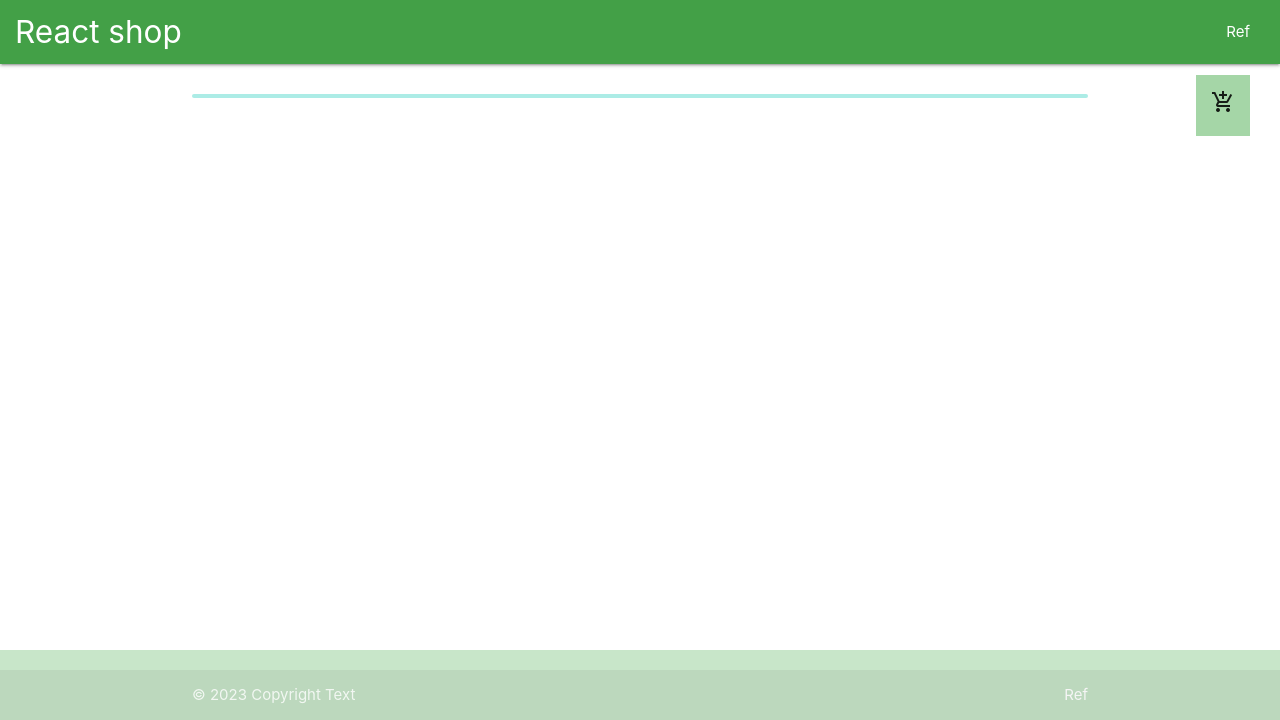
Repository: qui-qui-qui/online-shop
Page: /
The author's editor kept a copy of each file at every save. The page is drawn from the files as they stood at one save, then again after the next save.
The browser window is 1280 px wide. The pictures show the whole page.
The page's requests for data from a server got no answer. The project was rebuilt for these pictures with package versions that can differ from the ones it lists, and the page was loaded fresh each time. No one was signed in, and anything a server would have sent is missing. Also part of the build but not shown: src/components/GoodsItem.jsx, src/components/GoodsList.jsx, src/components/BasketItem.jsx, src/components/BasketList.jsx.

Above is the page before, as saved 2023-01-07 18:23:17.

### public/index.html
<!DOCTYPE html>
<html lang="en">
  <head>
    <meta charset="utf-8" />
    <link rel="icon" href="%PUBLIC_URL%/favicon.ico" />
    <meta name="viewport" content="width=device-width, initial-scale=1" />
    <meta name="theme-color" content="#000000" />
    <meta
      name="pet-project"
      content="react shop"
    />
    <link rel="apple-touch-icon" href="%PUBLIC_URL%/logo192.png" />
    <link rel="manifest" href="%PUBLIC_URL%/manifest.json" />
    <title>React Shop</title>
    <link rel="stylesheet" href="https://cdnjs.cloudflare.com/ajax/libs/materialize/1.0.0/css/materialize.min.css">
    <link href="https://fonts.googleapis.com/icon?family=Material+Icons" rel="stylesheet">
  </head>
  <body>
    <noscript>You need to enable JavaScript to run this app.</noscript>
    <div id="root"></div>
  </body>
</html>

### src/index.css
body {
  margin: 0;
  font-family: -apple-system, BlinkMacSystemFont, 'Segoe UI', 'Roboto', 'Oxygen',
    'Ubuntu', 'Cantarell', 'Fira Sans', 'Droid Sans', 'Helvetica Neue',
    sans-serif;
  -webkit-font-smoothing: antialiased;
  -moz-osx-font-smoothing: grayscale;
}


nav {
  padding: 0 1rem;
}

.content {
  min-height: calc(100vh - 70px - 64px);
  padding: 1.5rem 0;
}

.goods {
  display: grid;
  grid-template-columns: repeat(auto-fill, minmax(250px, 1fr));
  gap: 1rem
}

.card {
  display: flex;
  flex-direction: column;
}

.card-content {
  flex-grow: 1;
}

.cart {
  position: fixed;
  bottom: 2rem;
  right: 2rem;

  cursor: pointer;
  z-index: 5;
  padding: 1rem;
}
@media (min-width: 767px) {
  .cart {
    top: 5rem;
    bottom: unset;
  }
}

.basket-list {
  position: fixed;
  top: 50%;
  left: 50%;
  transform: translate(-50%, -50%);

  background-color: #fff;
  width: 50rem;
  max-width: 95%;

  box-shadow: inset;
  animation: show 500ms ease-in-out;
}

.basket-close {
  cursor: pointer;
  position: absolute;
  top: 0.5rem;
  right: 0.5rem;
  color: white;
}

.basket-delete {
  cursor: pointer;
}

@keyframes show {
  from {
    top: 70%;
    opacity: 0;
  }
  to {
    top: 50%;
    opacity: 1;
  }
}

### src/App.js
import { Header } from "./components/Header";
import { Footer } from "./components/Footer";
import { Shop } from "./components/Shop";

function App() {
  return (
    <>
      <Header />
      <Shop />
      <Footer />
    </>
  );
}

export default App;

### src/components/Header.jsx
function Header() {
    return <nav className="green darken-1">
      <div className="nav-wrapper">
        <a href="!#" className="brand-logo left">React shop</a>
        <ul id="nav-mobile" className="right">
          <li><a href="!#">Ref</a></li>
        </ul>
      </div>
  </nav>
}

export {Header}

### src/components/Footer.jsx
function Footer() {
    return <footer className="page-footer green lighten-4">
    <div className="footer-copyright">
      <div className="container">
      © {new Date().getFullYear()} Copyright Text
      <a className="grey-text text-lighten-4 right" href="#!">Ref</a>
      </div>
    </div>
  </footer>
}

export {Footer}

### src/components/Shop.jsx
import { useState, useEffect } from "react";
import { API_KEY, API_URL } from "../config";
import { Preloader } from "./Preloader";
import { GoodsList } from "./GoodsList";
import { Cart } from "./Cart";
import { BasketList } from "./BasketList";

function Shop() {
  const [goods, setGoods] = useState([]);
  const [loading, setLoading] = useState(true);
  const [order, setOrder] = useState([]);
  const [isBasketShow, setBasketShow] = useState(false);

  const addToBasket = (item) => {
    const itemIndex = order.findIndex((orderItem) => orderItem.id === item.id);

    if (itemIndex < 0) {
      const newItem = {
        ...item,
        quantity: 1,
      };
      setOrder([...order, newItem]);
    } else {
      const newOrder = order.map((orderItem, index) => {
        if (index === itemIndex) {
          return {
            ...orderItem,
            quantity: orderItem.quantity + 1,
          };
        } else {
          return orderItem;
        }
      });

      setOrder(newOrder);
    }
  };

  const removeFromBasket = (itemId) => {
    const newOrder = order.filter((el) => el.id !== itemId);
    setOrder(newOrder);
  };

  const incQuantity = (itemId) => {
    const newOrder = order.map((el) => {
      if (el.id === itemId) {
        const newQuantity = el.quantity + 1;
        return {
          ...el,
          quantity: newQuantity,
        };
      } else {
        return el;
      }
    });
    setOrder(newOrder);
  };

  const decQuantity = (itemId) => {
    const newOrder = order.map((el) => {
      if (el.id === itemId) {
        const newQuantity = el.quantity - 1;
        return {
          ...el,
          quantity: newQuantity >= 0 ? newQuantity : 0,
        };
      } else {
        return el;
      }
    });
    setOrder(newOrder);
  };

  const handleBasketShow = () => {
    setBasketShow(!isBasketShow);
  };

  useEffect(function getGoods() {
    fetch(API_URL, {
      headers: {
        Authorization: API_KEY,
      },
    })
      .then((response) => response.json())
      .then((data) => {
        data.featured && setGoods(data.featured);
        setLoading(false);
      });
  }, []);

  return (
    <main className="container content">
      <Cart quantity={order.length} handleBasketShow={handleBasketShow} />
      {loading ? (
        <Preloader />
      ) : (
        <GoodsList goods={goods} addToBasket={addToBasket} />
      )}
      {isBasketShow && (
        <BasketList
          order={order}
          handleBasketShow={handleBasketShow}
          removeFromBasket={removeFromBasket}
          incQuantity={incQuantity}
          decQuantity={decQuantity}
        />
      )}
    </main>
  );
}

export { Shop };

### src/config.js
const API_KEY = '6c6ecc31-c6e59085-63220236-a525db2c';

const API_URL = 'https://fortniteapi.io/v1/shop?lang=ru';

export {
    API_KEY,
    API_URL
};

### src/components/Preloader.jsx
function Preloader() {
  return (
    <div className="progress">
      <div className="interminate"></div>
    </div>
  );
}

export { Preloader };

### src/components/Cart.jsx
function Cart(props) {
    const {quantity = 0, handleBasketShow = Function.prototype} = props;

    return (
        <div className="cart green lighten-3" onClick={handleBasketShow}>
            <i className="material-icons">add_shopping_cart</i>
            {quantity ? (
                <span className="cart-quantity">{quantity}</span>
            ) : null}
        </div>
    )
}

export {Cart};

Loaded but not shown: src/index.js (common file)

After the next save:
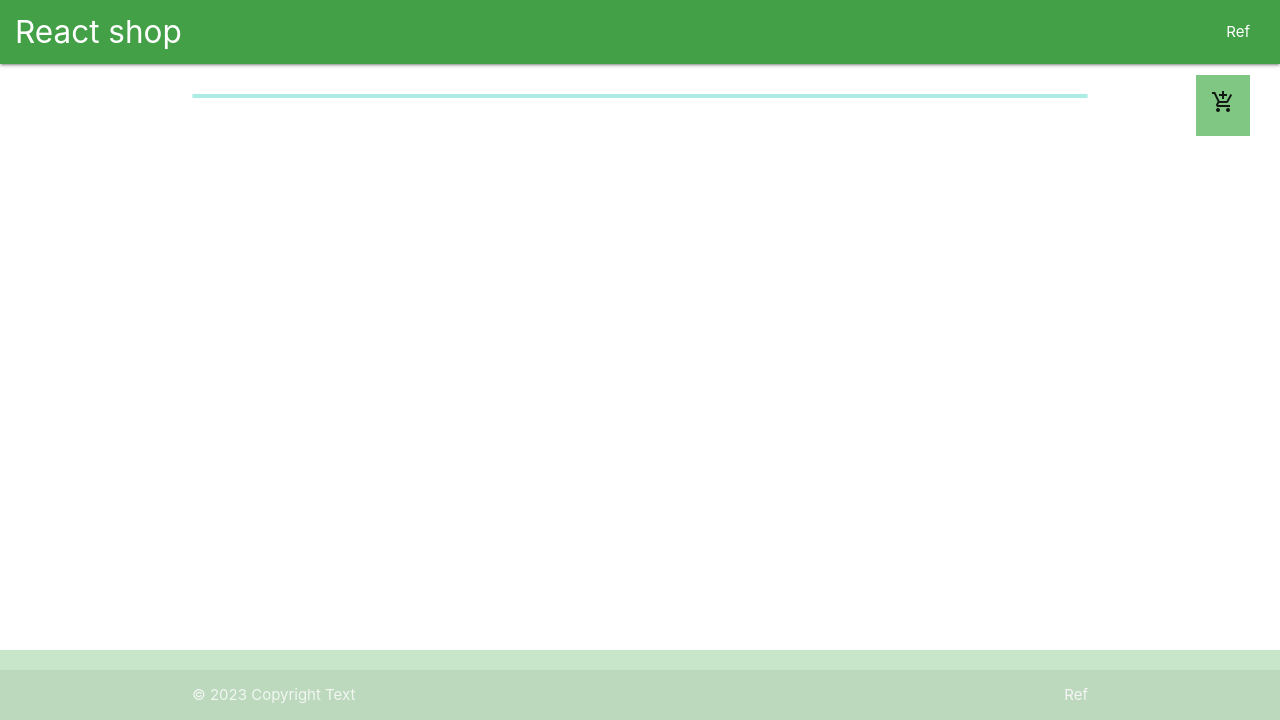
Saved 6 s later.
--- a/src/components/Cart.jsx
+++ b/src/components/Cart.jsx
@@ -2,7 +2,7 @@ function Cart(props) {
     const {quantity = 0, handleBasketShow = Function.prototype} = props;
 
     return (
-        <div className="cart green lighten-3" onClick={handleBasketShow}>
+        <div className="cart green lighten-2" onClick={handleBasketShow}>
             <i className="material-icons">add_shopping_cart</i>
             {quantity ? (
                 <span className="cart-quantity">{quantity}</span>
